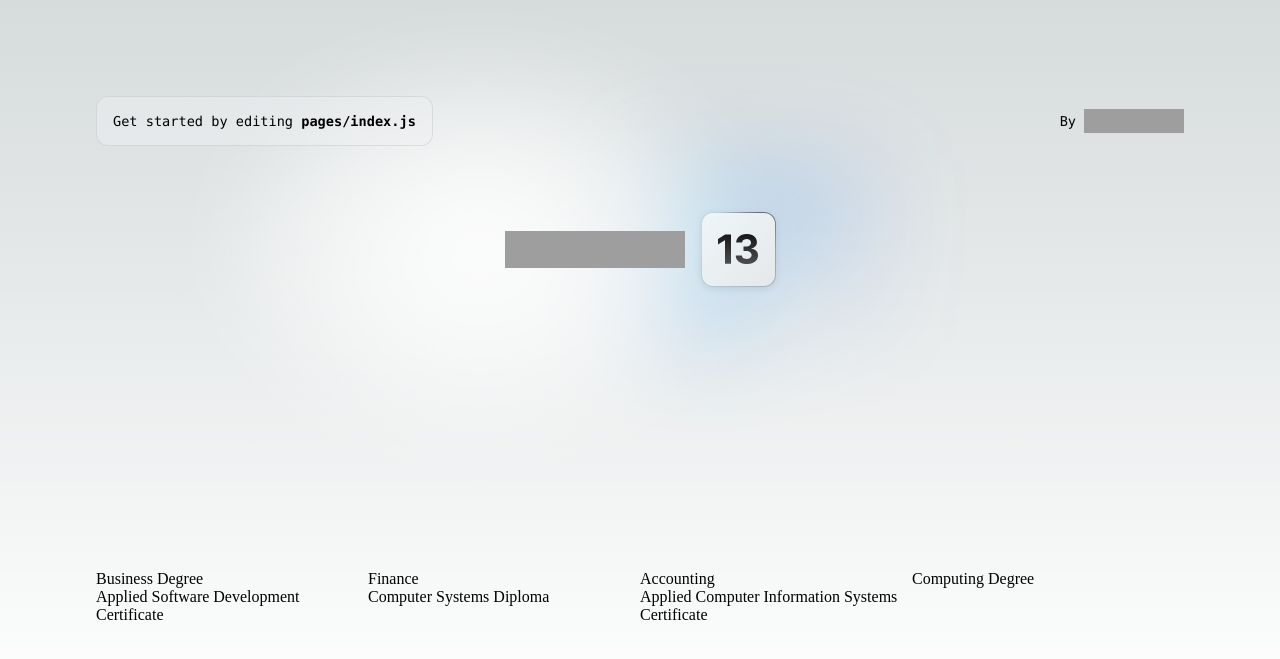
Repository: karthur1/class-example-3
Page: /
The author's editor kept a copy of each file at every save. The page is drawn from the files as they stood at one save, then again after the next save.
The browser window is 1280 px wide. The pictures show the whole page.
Pictures or frames that could not be fetched are drawn as grey boxes. The project was rebuilt for these pictures with package versions that can differ from the ones it lists, and the page was loaded fresh each time. The framework's server and built-in components were replaced by stand-ins that run in the browser. Also part of the build but not shown: next.config.js.

Above is the page before, as saved 2023-01-16 10:49:58.

### pages/index.js
import Head from 'next/head'
import Image from 'next/image'
import { Inter } from '@next/font/google'
import styles from '@/styles/Home.module.css'
import data from '../data/education.json'
import {useState} from 'react'

const inter = Inter({ subsets: ['latin'] })

export default function Home() {

  console.log(data)
  const [information, setInformation] = useState([...data])


  return (
    <>
      <Head>
        <title>Create Next App</title>
        <meta name="description" content="Generated by create next app" />
        <meta name="viewport" content="width=device-width, initial-scale=1" />
        <link rel="icon" href="/favicon.ico" />
      </Head>
      <main className={styles.main}>
        <div className={styles.description}>
          <p>
            Get started by editing&nbsp;
            <code className={styles.code}>pages/index.js</code>
          </p>
          <div>
            <a
              href="https://vercel.com?utm_source=create-next-app&utm_medium=default-template&utm_campaign=create-next-app"
              target="_blank"
              rel="noopener noreferrer"
            >
              By{' '}
              <Image
                src="/vercel.svg"
                alt="Vercel Logo"
                className={styles.vercelLogo}
                width={100}
                height={24}
                priority
              />
            </a>
          </div>
        </div>

        <div className={styles.center}>
          <Image
            className={styles.logo}
            src="/next.svg"
            alt="Next.js Logo"
            width={180}
            height={37}
            priority
          />
          <div className={styles.thirteen}>
            <Image
              src="/thirteen.svg"
              alt="13"
              width={40}
              height={31}
              priority
            />
          </div>
        </div>

        <div className={styles.grid}>
          <div>Business Degree</div>
          {information && information.map((info, index) => {
            if(info.department === "Business") {

             return(
            <div key={index}>{info.degree}</div>
            )
          }
        })}
                  <div>Computing Degree</div>
          {information && information.map((info, index) => {
            if(info.department === "Computing") {

             return(
            <div key={index}>{info.degree}</div>
            )
          }
        })}
        </div>
      </main>
    </>
  )
}

### styles/Home.module.css
.main {
  display: flex;
  flex-direction: column;
  justify-content: space-between;
  align-items: center;
  padding: 6rem;
  min-height: 100vh;
}

.description {
  display: inherit;
  justify-content: inherit;
  align-items: inherit;
  font-size: 0.85rem;
  max-width: var(--max-width);
  width: 100%;
  z-index: 2;
  font-family: var(--font-mono);
}

.description a {
  display: flex;
  justify-content: center;
  align-items: center;
  gap: 0.5rem;
}

.description p {
  position: relative;
  margin: 0;
  padding: 1rem;
  background-color: rgba(var(--callout-rgb), 0.5);
  border: 1px solid rgba(var(--callout-border-rgb), 0.3);
  border-radius: var(--border-radius);
}

.code {
  font-weight: 700;
  font-family: var(--font-mono);
}

.grid {
  display: grid;
  grid-template-columns: repeat(4, minmax(25%, auto));
  width: var(--max-width);
  max-width: 100%;
  padding-top: 20%;
}

.card {
  padding: 1rem 1.2rem;
  border-radius: var(--border-radius);
  background: rgba(var(--card-rgb), 0);
  border: 1px solid rgba(var(--card-border-rgb), 0);
  transition: background 200ms, border 200ms;
}

.card span {
  display: inline-block;
  transition: transform 200ms;
}

.card h2 {
  font-weight: 600;
  margin-bottom: 0.7rem;
}

.card p {
  margin: 0;
  opacity: 0.6;
  font-size: 0.9rem;
  line-height: 1.5;
  max-width: 30ch;
}

.center {
  display: flex;
  justify-content: center;
  align-items: center;
  position: relative;
  padding: 4rem 0;
}

.center::before {
  background: var(--secondary-glow);
  border-radius: 50%;
  width: 480px;
  height: 360px;
  margin-left: -400px;
}

.center::after {
  background: var(--primary-glow);
  width: 240px;
  height: 180px;
  z-index: -1;
}

.center::before,
.center::after {
  content: '';
  left: 50%;
  position: absolute;
  filter: blur(45px);
  transform: translateZ(0);
}

.logo,
.thirteen {
  position: relative;
}

.thirteen {
  display: flex;
  justify-content: center;
  align-items: center;
  width: 75px;
  height: 75px;
  padding: 25px 10px;
  margin-left: 16px;
  transform: translateZ(0);
  border-radius: var(--border-radius);
  overflow: hidden;
  box-shadow: 0px 2px 8px -1px #0000001a;
}

.thirteen::before,
.thirteen::after {
  content: '';
  position: absolute;
  z-index: -1;
}

/* Conic Gradient Animation */
.thirteen::before {
  animation: 6s rotate linear infinite;
  width: 200%;
  height: 200%;
  background: var(--tile-border);
}

/* Inner Square */
.thirteen::after {
  inset: 0;
  padding: 1px;
  border-radius: var(--border-radius);
  background: linear-gradient(
    to bottom right,
    rgba(var(--tile-start-rgb), 1),
    rgba(var(--tile-end-rgb), 1)
  );
  background-clip: content-box;
}

/* Enable hover only on non-touch devices */
@media (hover: hover) and (pointer: fine) {
  .card:hover {
    background: rgba(var(--card-rgb), 0.1);
    border: 1px solid rgba(var(--card-border-rgb), 0.15);
  }

  .card:hover span {
    transform: translateX(4px);
  }
}

@media (prefers-reduced-motion) {
  .thirteen::before {
    animation: none;
  }

  .card:hover span {
    transform: none;
  }
}

/* Mobile */
@media (max-width: 700px) {
  .content {
    padding: 4rem;
  }

  .grid {
    grid-template-columns: 1fr;
    margin-bottom: 120px;
    max-width: 320px;
    text-align: center;
  }

  .card {
    padding: 1rem 2.5rem;
  }

  .card h2 {
    margin-bottom: 0.5rem;
  }

  .center {
    padding: 8rem 0 6rem;
  }

  .center::before {
    transform: none;
    height: 300px;
  }

  .description {
    font-size: 0.8rem;
  }

  .description a {
    padding: 1rem;
  }

  .description p,
  .description div {
    display: flex;
    justify-content: center;
    position: fixed;
    width: 100%;
  }

  .description p {
    align-items: center;
    inset: 0 0 auto;
    padding: 2rem 1rem 1.4rem;
    border-radius: 0;
    border: none;
    border-bottom: 1px solid rgba(var(--callout-border-rgb), 0.25);
    background: linear-gradient(
      to bottom,
      rgba(var(--background-start-rgb), 1),
      rgba(var(--callout-rgb), 0.5)
    );
    background-clip: padding-box;
    backdrop-filter: blur(24px);
  }

  .description div {
    align-items: flex-end;
    pointer-events: none;
    inset: auto 0 0;
    padding: 2rem;
    height: 200px;
    background: linear-gradient(
      to bottom,
      transparent 0%,
      rgb(var(--background-end-rgb)) 40%
    );
    z-index: 1;
  }
}

/* Tablet and Smaller Desktop */
@media (min-width: 701px) and (max-width: 1120px) {
  .grid {
    grid-template-columns: repeat(2, 50%);
  }
}

@media (prefers-color-scheme: dark) {
  .vercelLogo {
    filter: invert(1);
  }

  .logo,
  .thirteen img {
    filter: invert(1) drop-shadow(0 0 0.3rem #ffffff70);
  }
}

@keyframes rotate {
  from {
    transform: rotate(360deg);
  }
  to {
    transform: rotate(0deg);
  }
}

### data/education.json
[
        {
            "studentNumber": "A0004567",
            "firstName": "Person 1",
            "gpa": 3.8,
            "department": "Business",
            "degree": "Finance",
            "graduted": 2014
        },
        {
            "studentNumber": "A0001234",
            "firstName": "Person 2",
            "gpa": 3.5,
            "department": "Business",
            "degree": "Accounting",
            "graduted": 2010
        },
        {
            "studentNumber": "A0007890",
            "firstName": "Person 3",
            "gpa": 3.2,
            "department": "Computing",
            "degree": "Applied Software Development Certificate",
            "graduted": 2018
        },
        {
            "studentNumber": "A0007828",
            "firstName": "Person 4",
            "gpa": 3.9,
            "department": "Computing",
            "degree": "Computer Systems Diploma",
            "graduted": 2021
        },
        {
            "studentNumber": "A0003425",
            "firstName": "Person 5",
            "gpa": 3.2,
            "department": "Computing",
            "degree": "Applied Computer Information Systems Certificate",
            "graduted": 2021
        }
]

Loaded but not shown: pages/_app.js (common file); pages/_document.js (common file); styles/globals.css (common file)

After the next save:
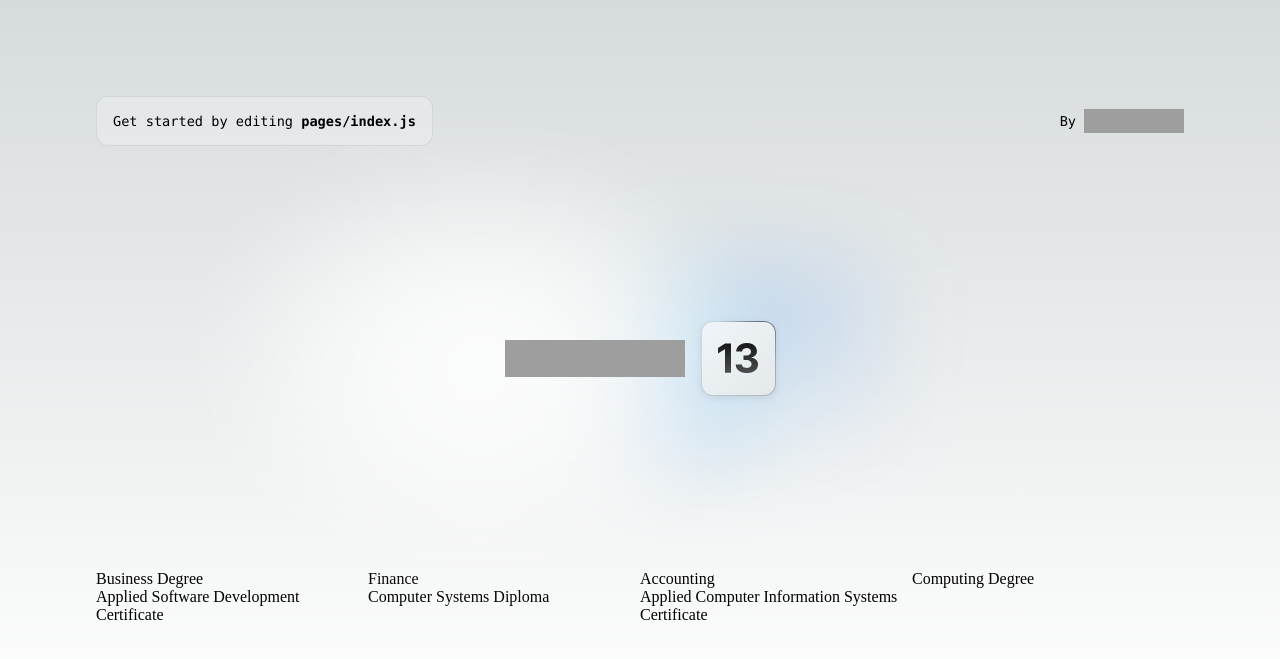
Saved 27 s later.
--- a/styles/Home.module.css
+++ b/styles/Home.module.css
@@ -44,8 +44,9 @@
   grid-template-columns: repeat(4, minmax(25%, auto));
   width: var(--max-width);
   max-width: 100%;
-  padding-top: 20%;
-}
+}
+
+
 
 .card {
   padding: 1rem 1.2rem;
